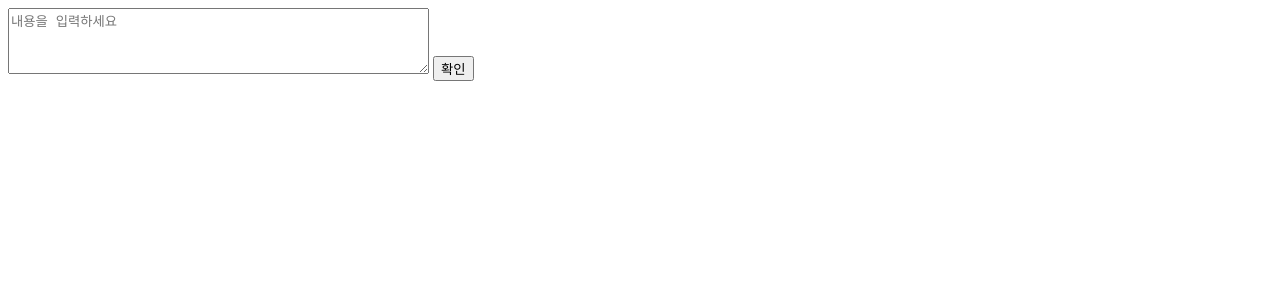
Repository: Yeojin0523/Survey
Page: http://localhost/Blog/Blog/InsertForm.jsp
These files come from the project's save history. The page is drawn as it stood at one moment and after the next save; the edit follows.
The browser window is 1280 px wide. The pictures show the whole page.
The page is served by Tomcat 9. Other server files are loaded and not shown. Queries for data that is not in the repository find no rows.

Above is the page before, as saved 2024-07-29 11:26:27.

### Blog/src/main/webapp/Blog/InsertForm.jsp
<%@ page language="java" contentType="text/html; charset=UTF-8"
    pageEncoding="UTF-8"%>
<%@ page import="java.sql.Connection"%>
<%@ page import="java.sql.DriverManager"%>
<%@ page import="java.sql.PreparedStatement"%>
<%@ page import="java.sql.ResultSet"%>
<%@ page import="java.sql.SQLException"%>

<%
Connection conn = null;
PreparedStatement pstmt = null;
ResultSet rs = null;
%>

<!DOCTYPE html>
<html>
<head>
<meta charset="UTF-8">
<title>기부하기</title>
</head>
<body>
	<div>
		<%
			try{
				Class.forName("oracle.jdbc.driver.OracleDriver");
				conn = DriverManager.getConnection("jdbc:oracle:thin:@localhost:1521:XE", "c##system.id", "systempwd");
				String sql = "SELECT text FROM blog";
				pstmt = conn.prepareStatement(sql);
				rs = pstmt.executeQuery();

				if(rs.next()){
				out.println("<p>" + rs.getString("text") + "</p>");
				}
			}catch(Exception e){
				e.printStackTrace();
			}finally{
				try{
				if(rs != null)
					rs.close();
				if(pstmt != null)
					pstmt.close();
				if(conn != null)
					conn.close();
				}catch(Exception e){
					e.printStackTrace();
				}
			}
		%>
	</div>
	<div>
		<form action="InsertAction.jsp" method="post">
			<textarea name="text" placeholder="내용을 입력하세요" rows="4" cols="50"></textarea>
			<button type="submit" id="insertFormBtn">확인</button>
		</form>
	</div>
</body>
</html>

After the next save:
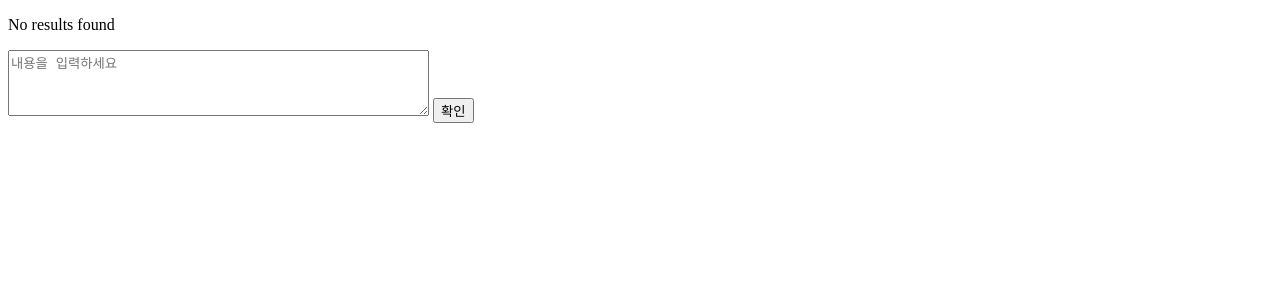
Saved 2 min 7 s later.
--- a/Blog/src/main/webapp/Blog/InsertForm.jsp
+++ b/Blog/src/main/webapp/Blog/InsertForm.jsp
@@ -19,39 +19,40 @@ ResultSet rs = null;
 <title>기부하기</title>
 </head>
 <body>
-	<div>
-		<%
-			try{
-				Class.forName("oracle.jdbc.driver.OracleDriver");
-				conn = DriverManager.getConnection("jdbc:oracle:thin:@localhost:1521:XE", "c##system.id", "systempwd");
-				String sql = "SELECT text FROM blog";
-				pstmt = conn.prepareStatement(sql);
-				rs = pstmt.executeQuery();
+    <div>
+        <%
+            try {
+                Class.forName("oracle.jdbc.driver.OracleDriver");
+                conn = DriverManager.getConnection("jdbc:oracle:thin:@localhost:1521:XE", "c##system.id", "systempwd");
+                String sql = "SELECT text FROM blog";
+                pstmt = conn.prepareStatement(sql);
+                rs = pstmt.executeQuery();
 
-				if(rs.next()){
-				out.println("<p>" + rs.getString("text") + "</p>");
-				}
-			}catch(Exception e){
-				e.printStackTrace();
-			}finally{
-				try{
-				if(rs != null)
-					rs.close();
-				if(pstmt != null)
-					pstmt.close();
-				if(conn != null)
-					conn.close();
-				}catch(Exception e){
-					e.printStackTrace();
-				}
-			}
-		%>
-	</div>
-	<div>
-		<form action="InsertAction.jsp" method="post">
-			<textarea name="text" placeholder="내용을 입력하세요" rows="4" cols="50"></textarea>
-			<button type="submit" id="insertFormBtn">확인</button>
-		</form>
-	</div>
+                if (rs.next()) {
+                    out.println("<p>" + rs.getString("text") + "</p>");
+                } else {
+                    out.println("<p>No results found</p>");
+                }
+            } catch (Exception e) {
+                e.printStackTrace();
+                out.println("<p>Error: " + e.getMessage() + "</p>");
+            } finally {
+                try {
+                    if (rs != null) rs.close();
+                    if (pstmt != null) pstmt.close();
+                    if (conn != null) conn.close();
+                } catch (Exception e) {
+                    e.printStackTrace();
+                    out.println("<p>Error closing resources: " + e.getMessage() + "</p>");
+                }
+            }
+        %>
+    </div>
+    <div>
+        <form action="InsertAction.jsp" method="post">
+            <textarea name="text" placeholder="내용을 입력하세요" rows="4" cols="50"></textarea>
+            <button type="submit" id="insertFormBtn">확인</button>
+        </form>
+    </div>
 </body>
 </html>
